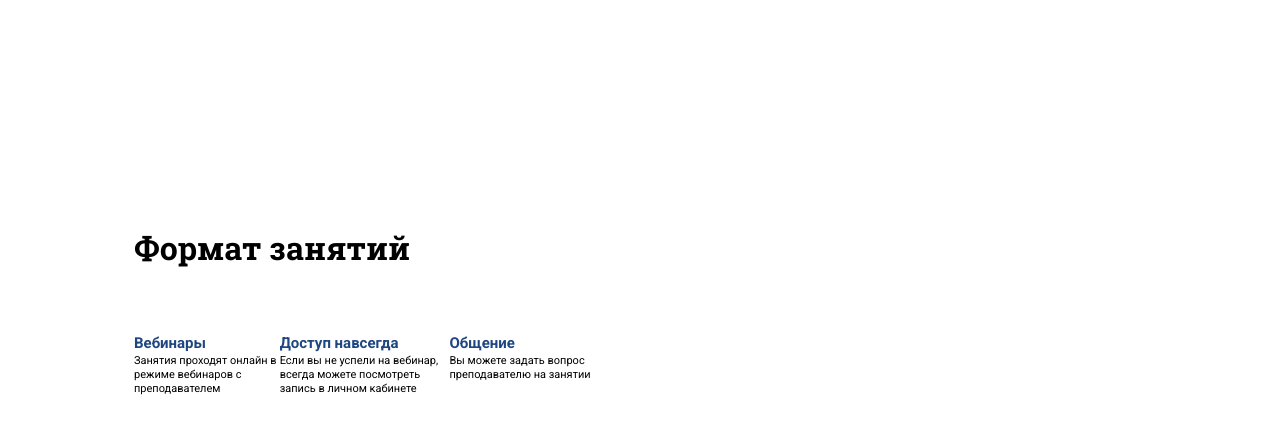
Repository: PoladEziz/Task-4
Page: index.html
An editor plug-in stored every save of this project. The page is shown before and after the next save, followed by the edit.
The browser window is 1280 px wide. The pictures show the whole page.

Above is the page before, as saved 2023-05-09 17:20:49.

### index.html
<!DOCTYPE html>
<html lang="en">

<head>
    <meta charset="UTF-8">
    <meta http-equiv="X-UA-Compatible" content="IE=edge">
    <meta name="viewport" content="width=device-width, initial-scale=1.0">
    <title>Document</title>
    <link rel="stylesheet" href="index.css">
</head>

<body>
    <div class="main">
        <div class="page-1">
            <h1>Формат занятий</h1>
            <div class="top_child">

                <ul>
                    <li>
                        <h2>Вебинары</h2>
                        <p>Занятия проходят онлайн
                            в режиме вебинаров
                            с преподавателем</p>
                    </li>

                    <li>
                        <h2>Доступ навсегда</h2>
                        <p>Если вы не успели на вебинар, всегда можете посмотреть запись в личном кабинете</p>
                    </li>

                    <li>
                        <h2>Общение</h2>
                        <p>Вы можете задать вопрос
                            преподавателю на занятии</p>
                    </li>


                </ul>
            </div>

        </div>
        <!-- <div class="page-2">
            <h1>Что узнаем</h1>
            <ul>
                <li>Кто чем занят в съёмочной группе; </li>
                <li>На какие этапы делится кинопроизводство; </li>
                <li>Как выглядит сценарий фильма и как он меняется по ходу съёмок; </li>
                <li>Какими методами режиссёры заставляют нас смеяться, плакать и грустить; </li>
                <li>Как построение кадра, музыка и свет помогают считывать заложенные в фильм смыслы; </li>
                <li>Какие жанры есть в кино и как от них зависит работа операторов, осветителей и монтажёров; </li>
                <li>Как, зная всё это, понимать, о чем фильм.</li>
            </ul>




        </div> -->


    </div>
</body>

</html>

### index.css
@import url("https://fonts.googleapis.com/css2?family=Roboto+Slab:wght@700&family=Roboto:wght@700&display=swap");
@import url("https://fonts.googleapis.com/css2?family=Roboto&family=Roboto+Slab:wght@700&display=swap");

* {
  margin: 0;
  padding: 0;
}

.main {
  display: flex;
  flex-direction: column;
  padding-left: 124px;
  padding-top: 162px;
  padding-right: 344px;
}

.page-1 h1 {
  margin-bottom: 133px;
  font-family: "Roboto Slab";
  font-style: normal;
  font-weight: 700;
  font-size: 55px;
  line-height: 55px;
}

.page-1 ul {
  width: 100%;
  display: flex;
  justify-content: space-between;
}

.page-1 ul li {
  list-style-type: none;
}

.page-1 li:nth-child(1) {
  width: 223px;
}

.page-1 li:nth-child(2) {
  width: 260px;
}

.page-1 li:nth-child(3) {
  width: 232px;
}

.page-1 ul li h2 {
  font-family: "Roboto";
  font-style: normal;
  font-weight: 700;
  font-size: 25px;
  line-height: 130%;
  color: #1e4681;
}

.page-1 ul li p {
  font-family: "Roboto";
  font-style: normal;
  font-weight: 400;
  font-size: 18px;
  line-height: 130%;
}

.page-2 {
  margin-top: 168px;
  width: 100%;
}

.page-2 h1 {
  margin-bottom: 62px;
  font-family: Roboto Slab;
  font-size: 55px;
  font-weight: 700;
  line-height: 56px;
  text-align: left;
}

.page-2 ul li {
  font-family: Roboto;
  font-size: 24px;
  font-weight: 400;
  line-height: 36px;
  text-align: left;
}

@media only screen and (max-width: 1280px) {
  .main {
    display: flex;
    flex-direction: column;
    padding-left: 63px;
    padding-top: 93 px;
    padding-right: 480px;
  }

.page-1{
  padding: 70px 199px 127px 71px;

}
  .main .page-1 h1 {
    font-family: 'Roboto Slab';
    font-style: normal;
    font-weight: 700;
    font-size: 32px;
    line-height: 101.38%;
    margin-bottom: 70px;
  }

  .main .page-1 .top_child ul li h2 {
    font-family: 'Roboto';
    font-style: normal;
    font-weight: 700;
    font-size: 15px;
    line-height: 130%;
    margin-bottom: 0;
  }

  .main .page-1 .top_child ul li p {
    font-family: 'Roboto';
    font-style: normal;
    font-weight: 400;
    font-size: 11px;
    line-height: 130%;
  }

  .main .page-2 h1 {
    font-family: 'Roboto Slab';
    font-style: normal;
    font-weight: 700;
    font-size: 32px;
    line-height: 101.38%;
  }

  .main .page-2 ul li {
    font-family: 'Roboto';
    font-style: normal;
    font-weight: 400;
    font-size: 14px;
    line-height: 150%;
  }
}

@media only screen and (max-width: 768px) {
  .main .page-1 h1 {
    font-family: 'Roboto Slab';
    font-style: normal;
    font-weight: 700;
    font-size: 26px;
    line-height: 101.38%;
  }

  .main .page-1 .top_child ul {
    flex-direction: column;
  }

  .main .page-1 .top_child ul li {
    margin-bottom: 35px;
  }

  .main .page-1 .top_child ul li h2 {
    font-family: 'Roboto';
    font-style: normal;
    font-weight: 700;
    font-size: 12px;
    line-height: 130%;
  }

  .main .page-1 .top_child ul li p {
    font-family: 'Roboto';
    font-style: normal;
    font-weight: 400;
    font-size: 11px;
    line-height: 130%;
  }

  .main .page-2 h1 {
    font-family: 'Roboto Slab';
    font-style: normal;
    font-weight: 700;
    font-size: 32px;
    line-height: 101.38%;
  }

  .main .page-2 ul li {
    font-family: 'Roboto';
    font-style: normal;
    font-weight: 400;
    font-size: 14px;
    line-height: 150%;
  }
}

After the next save:
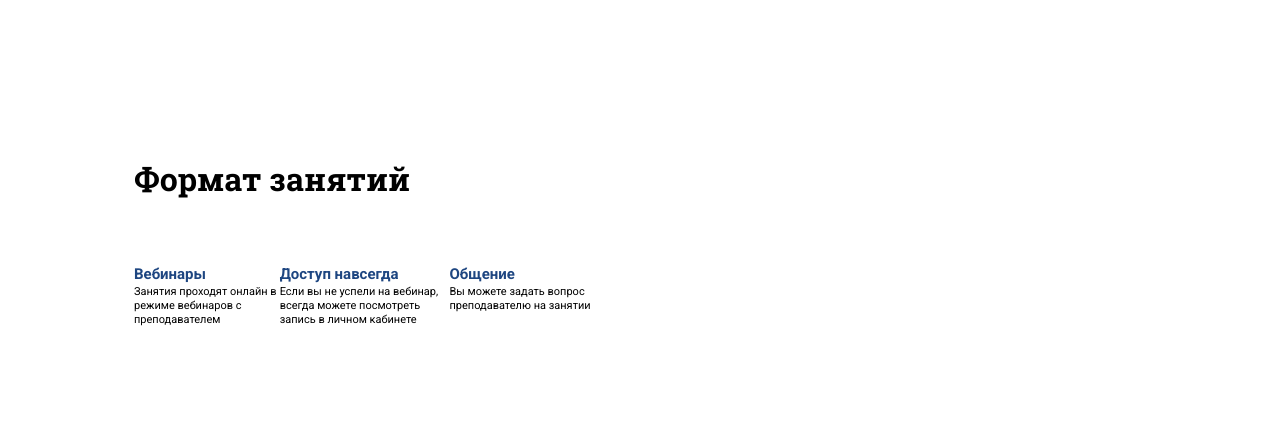
Saved 52 s later.
--- a/index.css
+++ b/index.css
@@ -89,7 +89,7 @@
     display: flex;
     flex-direction: column;
     padding-left: 63px;
-    padding-top: 93 px;
+    padding-top: 93px;
     padding-right: 480px;
   }
 
